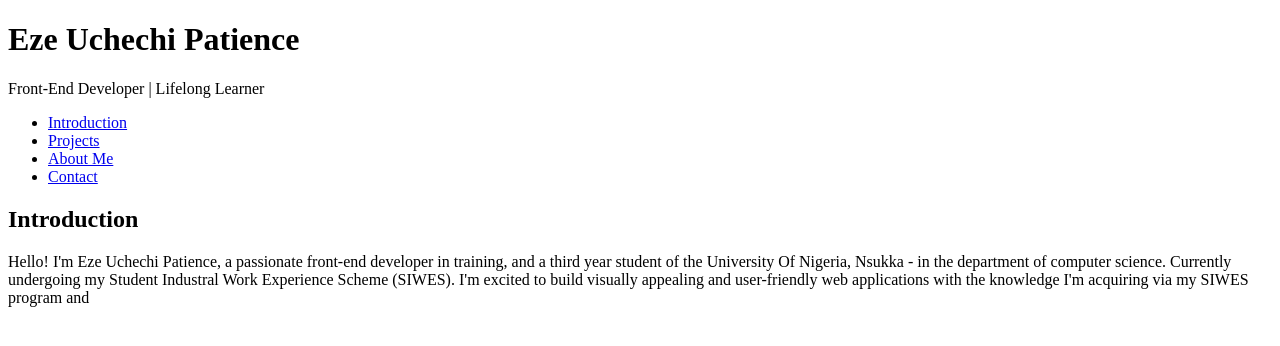
Repository: Patience225/My_First_Portfolio
Page: Portfolio/index.html
An editor plug-in stored every save of this project. The page is shown before and after the next save, followed by the edit.
The browser window is 1280 px wide. The pictures show the whole page.

Above is the page before, as saved 2024-12-16 13:12:22.

After the next save:
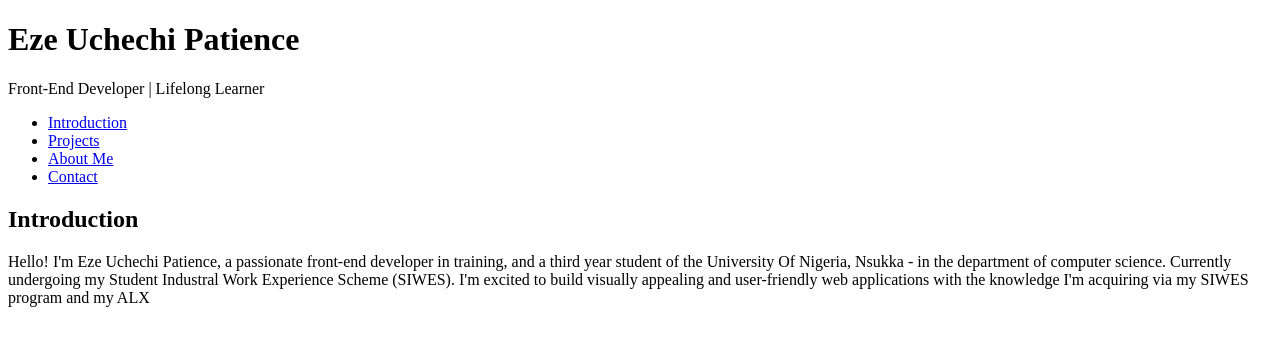
Saved 4 s later.
--- a/Portfolio/index.html
+++ b/Portfolio/index.html
@@ -19,7 +19,7 @@
     </nav>
     <section id="introduction">
       <h2>Introduction</h2>
-    <p>Hello! I'm Eze Uchechi Patience, a passionate front-end developer in training, and a third year student of the University Of Nigeria, Nsukka - in the department of computer science. Currently undergoing my Student Industral Work Experience Scheme (SIWES). I'm excited to build visually appealing and user-friendly web applications with the knowledge I'm acquiring via my SIWES program and </p>
+    <p>Hello! I'm Eze Uchechi Patience, a passionate front-end developer in training, and a third year student of the University Of Nigeria, Nsukka - in the department of computer science. Currently undergoing my Student Industral Work Experience Scheme (SIWES). I'm excited to build visually appealing and user-friendly web applications with the knowledge I'm acquiring via my SIWES program and my ALX</p>
     </section>
     <section id="projects"></section>
     <section id="about"></section>
